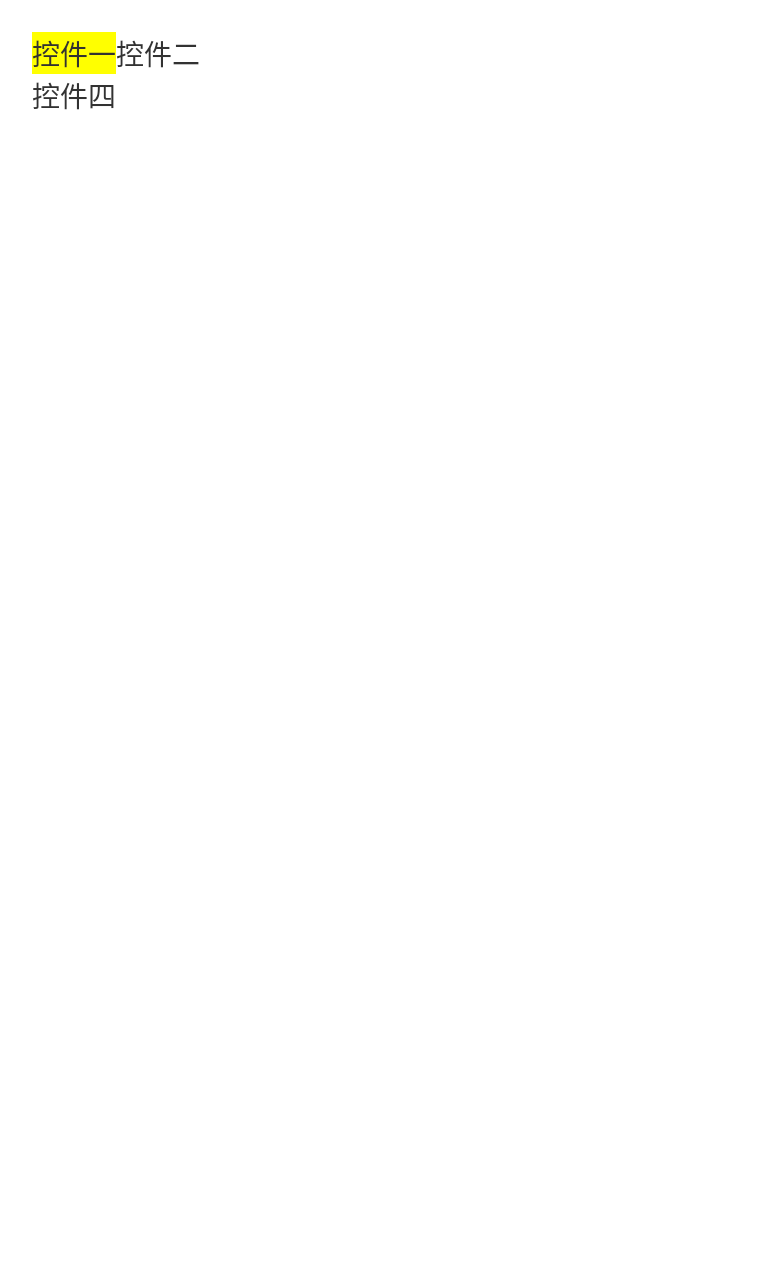
Repository: ling-cen/demo
Layout: RelativeLayout/res/layout/activity_main.xml
The author's editor kept a copy of each file at every save. The layout is drawn from the files as they stood at one save, then again after the next save.
It is drawn on a 768 x 1280 px phone screen (xhdpi) without system bars, with theme AppTheme; the app's code is not run.

Above is the layout before, as saved 2018-12-15 09:05:46.

### RelativeLayout/res/layout/activity_main.xml
<RelativeLayout xmlns:android="http://schemas.android.com/apk/res/android"
    xmlns:tools="http://schemas.android.com/tools"
    android:layout_width="match_parent"
    android:layout_height="match_parent"
    android:paddingBottom="@dimen/activity_vertical_margin"
    android:paddingLeft="@dimen/activity_horizontal_margin"
    android:paddingRight="@dimen/activity_horizontal_margin"
    android:paddingTop="@dimen/activity_vertical_margin"
    tools:context="com.imooc.relativelayout.MainActivity" >

    <TextView
         android:id="@+id/view_1"
        android:layout_width="wrap_content"
        android:layout_height="wrap_content"
        android:background="#ffff00"
        android:text="控件一" />

     <TextView
         android:id="@+id/view_2"
         android:layout_width="wrap_content"
         android:layout_height="wrap_content"
         android:layout_toRightOf="@id/view_1"
         android:text="控件二" />
      <TextView
         android:id="@+id/view_3"
         android:layout_width="wrap_content"
         android:layout_height="wrap_content"
        android:layout_toLeftOf="@id/view_1"
         android:text="控件三" />

      <TextView
         android:id="@+id/view_4"
         android:layout_width="wrap_content"
         android:layout_height="wrap_content"
         android:layout_below="@id/view_1"
         android:text="控件四" />
       <TextView
         android:id="@+id/view_5"
         android:layout_width="wrap_content"
         android:layout_height="wrap_content"
         android:layout_above="@id/view_1"
         android:text="控件五" />

</RelativeLayout>

Loaded but not shown: RelativeLayout/res/values/styles.xml (common file); RelativeLayout/res/values-v11/styles.xml (common file); RelativeLayout/res/values-v14/styles.xml (common file); RelativeLayout/res/values/dimens.xml (common file); RelativeLayout/res/values-w820dp/dimens.xml (common file)

After the next save:
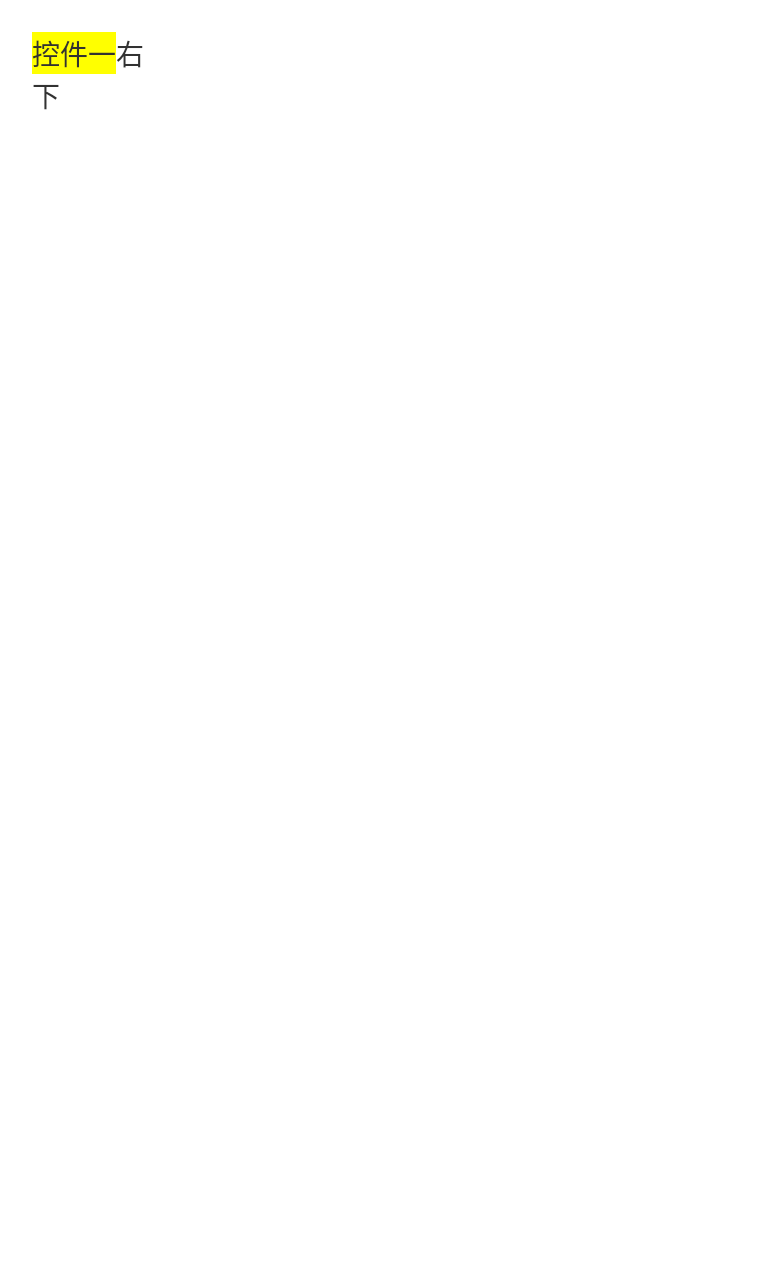
Saved 45 s later.
--- a/RelativeLayout/res/layout/activity_main.xml
+++ b/RelativeLayout/res/layout/activity_main.xml
@@ -20,25 +20,25 @@
          android:layout_width="wrap_content"
          android:layout_height="wrap_content"
          android:layout_toRightOf="@id/view_1"
-         android:text="控件二" />
+         android:text="右" />
       <TextView
          android:id="@+id/view_3"
          android:layout_width="wrap_content"
          android:layout_height="wrap_content"
         android:layout_toLeftOf="@id/view_1"
-         android:text="控件三" />
+         android:text="左" />
 
       <TextView
          android:id="@+id/view_4"
          android:layout_width="wrap_content"
          android:layout_height="wrap_content"
          android:layout_below="@id/view_1"
-         android:text="控件四" />
+         android:text="下" />
        <TextView
          android:id="@+id/view_5"
          android:layout_width="wrap_content"
          android:layout_height="wrap_content"
          android:layout_above="@id/view_1"
-         android:text="控件五" />
+         android:text="上" />
 
 </RelativeLayout>
